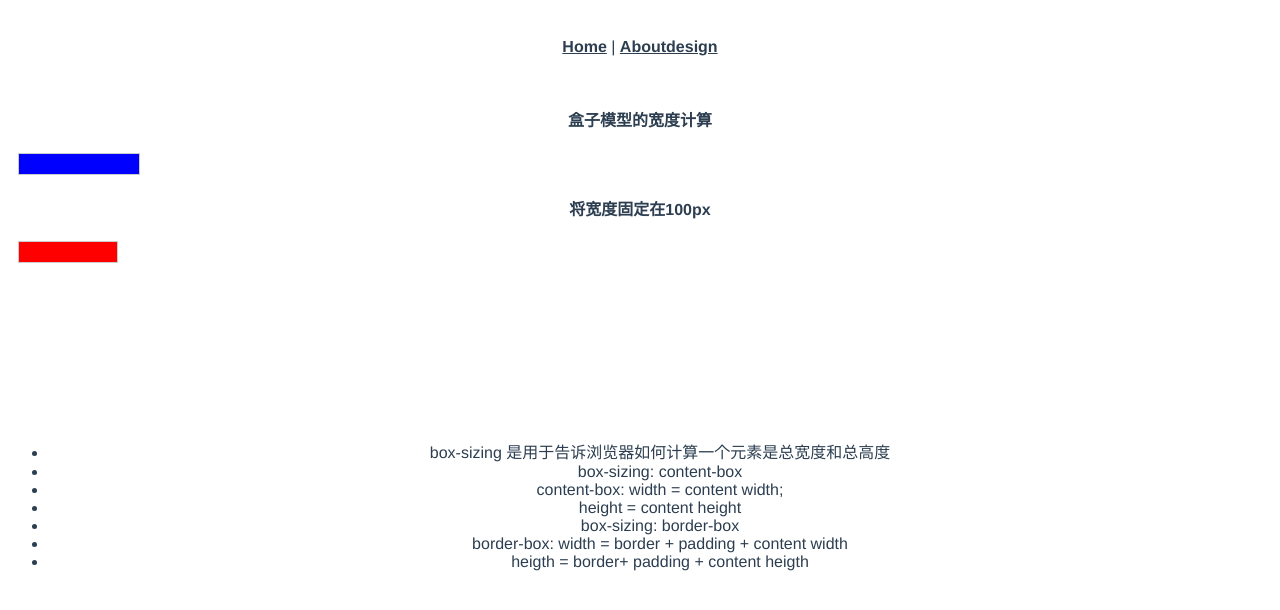
Repository: 1025215705/design
Page: /layout/1 (app in vue-ts/)
The author's editor kept a copy of each file at every save. The page is drawn from the files as they stood at one save, then again after the next save.
The browser window is 1280 px wide. The pictures show the whole page.
The project was rebuilt for these pictures with package versions that can differ from the ones it lists, and the page was loaded fresh each time. Also part of the build but not shown: vue-ts/src/components/HelloWorld.vue, vue-ts/src/views/Home.vue, vue-ts/src/practice/design/adaptee.ts, vue-ts/src/practice/design/decorator.ts, vue-ts/src/practice/design/observer.ts, vue-ts/src/practice/design/proxy.ts, vue-ts/src/practice/design/singletonLogin.ts, vue-ts/src/practice/design/userFactory.ts and 4 more.

Above is the page before, as saved 2020-12-11 12:12:55.

After the next save:
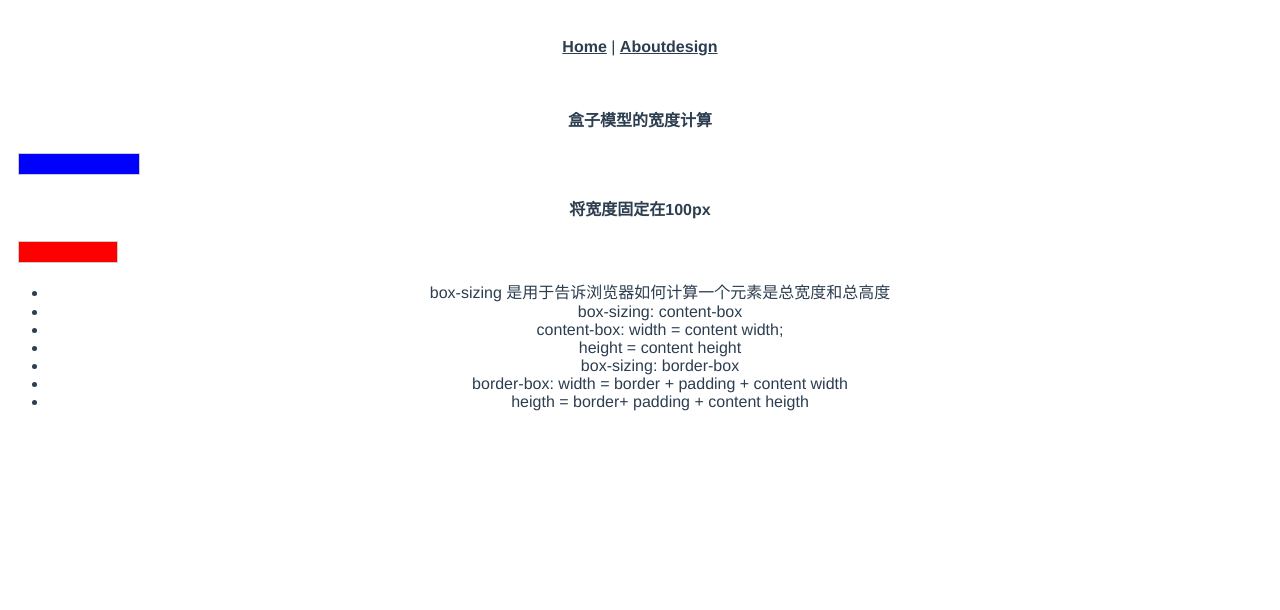
Saved 9 s later.
--- a/vue-ts/src/practice/layout/box.vue
+++ b/vue-ts/src/practice/layout/box.vue
@@ -4,32 +4,22 @@
 		<div class="box"></div>
 		<h4>将宽度固定在100px</h4>
 		<div class="box2"></div>
-        <p>
-			<br />
-			 <br />
-			 <br />
-			 <br />
-			<br />
-			<br />
-			<br />
-			<br />
-		</p>
 		<ul>
-            <li>box-sizing 是用于告诉浏览器如何计算一个元素是总宽度和总高度</li>
-            <li>box-sizing: content-box</li>
-            <li>content-box: width = content width;</li>
-            <li>
-height = content height
-            </li>
-            <li>
-                box-sizing: border-box
-            </li>
-            <li>
-border-box: width = border + padding + content width
-            </li>
-            <li>
-heigth = border+ padding + content heigth
-            </li>
+			<li>box-sizing 是用于告诉浏览器如何计算一个元素是总宽度和总高度</li>
+			<li>box-sizing: content-box</li>
+			<li>content-box: width = content width;</li>
+			<li>
+				height = content height
+			</li>
+			<li>
+				box-sizing: border-box
+			</li>
+			<li>
+				border-box: width = border + padding + content width
+			</li>
+			<li>
+				heigth = border+ padding + content heigth
+			</li>
 		</ul>
 	</div>
 </template>
